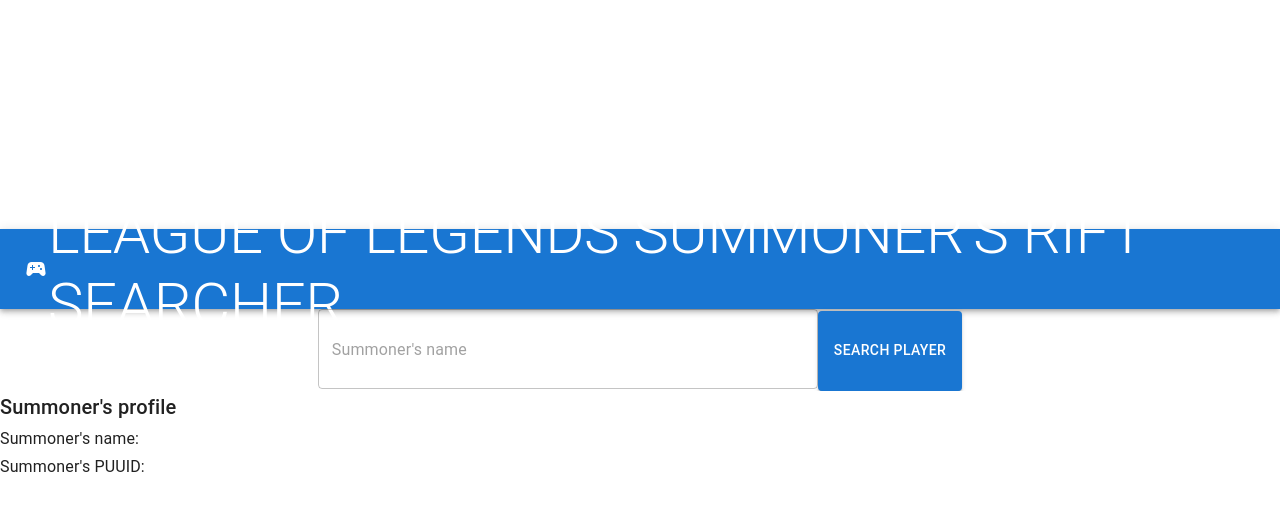
Repository: Mikerr21/League-Of-Legends-API
Page: /
The author's editor kept a copy of each file at every save. The page is drawn from the files as they stood at one save, then again after the next save.
The browser window is 1280 px wide. The pictures show the whole page.
The page's requests for data from a server got no answer. The project was rebuilt for these pictures with package versions that can differ from the ones it lists, and the page was loaded fresh each time. No one was signed in, and anything a server would have sent is missing.

Above is the page before, as saved 2022-09-24 22:30:23.

After the next save:
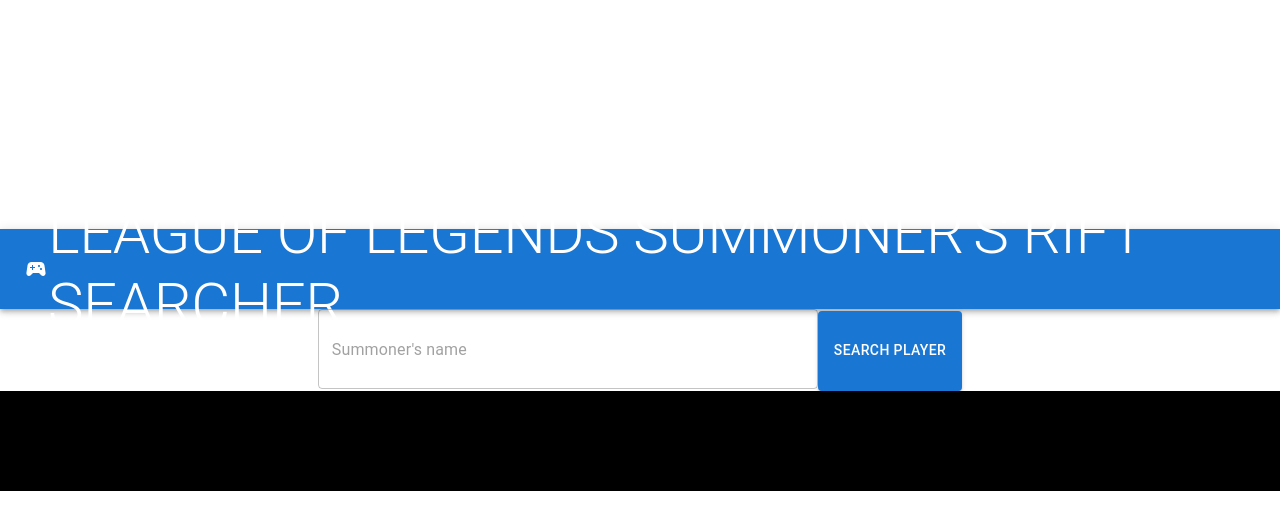
Saved 11 s later.
--- a/src/App.js
+++ b/src/App.js
@@ -89,7 +89,7 @@
       {JSON.stringify(playerData.data)}
 
       <List
-      sx={{ width: '100%', maxWidth: 1300, bgcolor: 'background.paper' }}
+      sx={{ width: '100%', maxWidth: 1300, bgcolor: 'black' }}
       component="nav"
       aria-labelledby="nested-list-subheader"
       subheader={

After the save that followed:
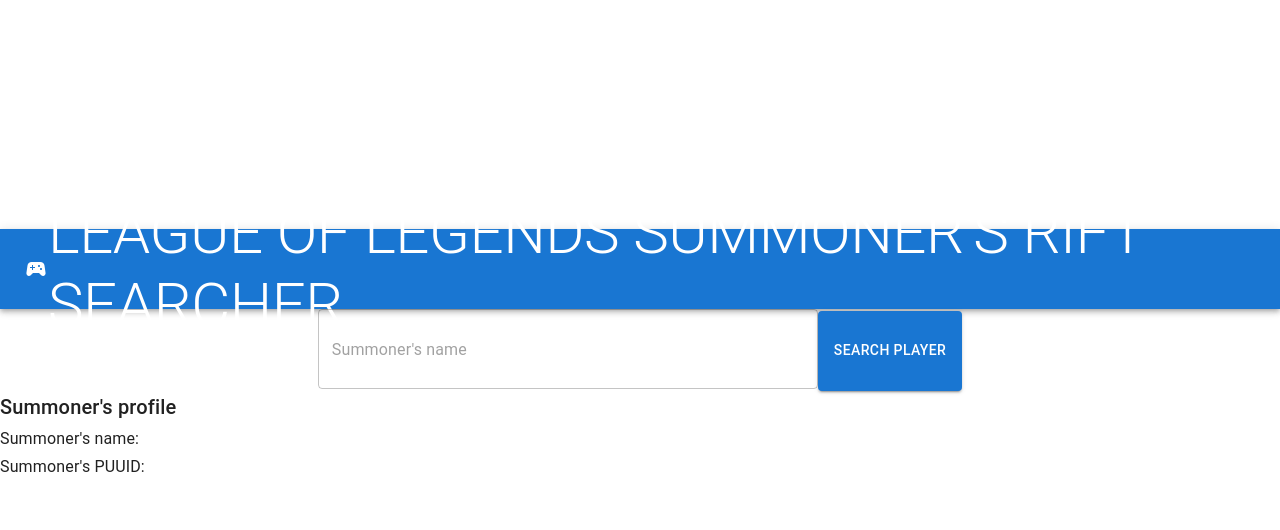
Saved 8 s later.
--- a/src/App.js
+++ b/src/App.js
@@ -89,7 +89,7 @@
       {JSON.stringify(playerData.data)}
 
       <List
-      sx={{ width: '100%', maxWidth: 1300, bgcolor: 'black' }}
+      sx={{ width: '100%', maxWidth: 1300, bgcolor: 'bluelight' }}
       component="nav"
       aria-labelledby="nested-list-subheader"
       subheader={
